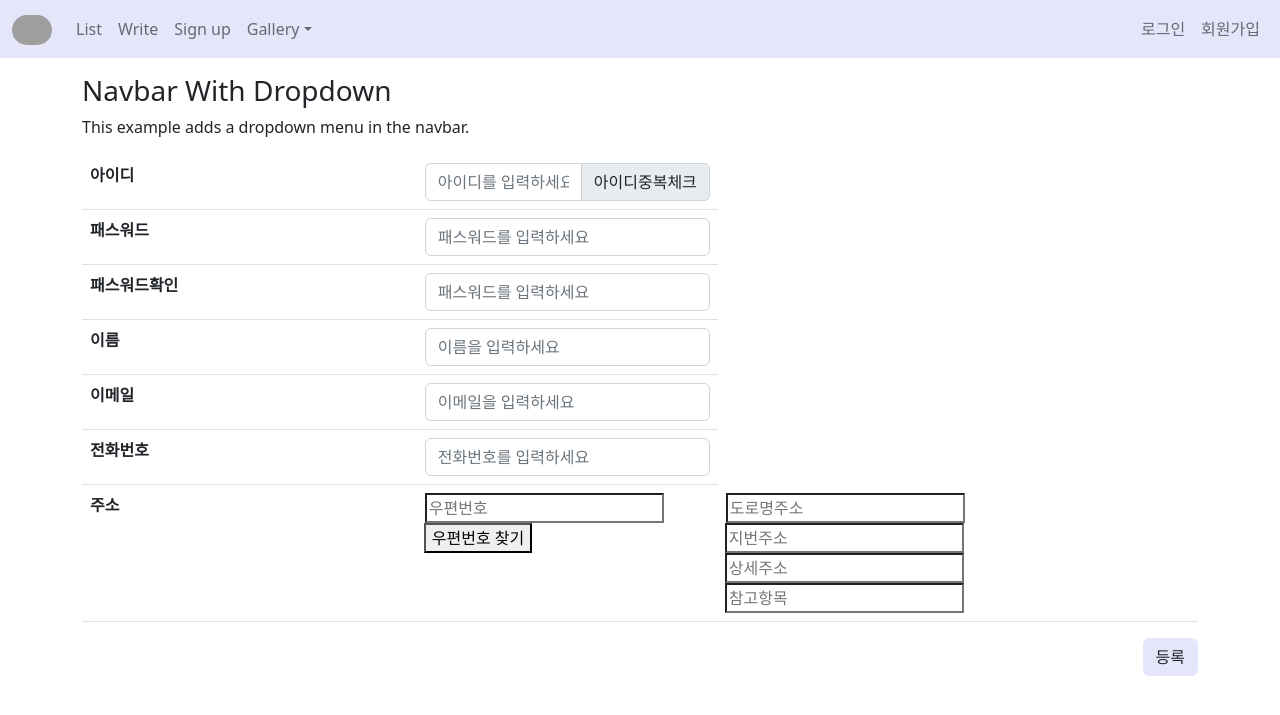
Repository: kwakhimoly/ws_backup
Page: http://localhost/myapp3/WEB-INF/views/member/member_write.jsp
The author's editor kept a copy of each file at every save. The page is drawn from the files as they stood at one save, then again after the next save.
The browser window is 1280 px wide. The pictures show the whole page.
Pictures or frames that could not be fetched are drawn as grey boxes. The page is served by Tomcat 9. Nobody is signed in. The template is opened directly, without the code that normally fills it, so the values that code supplies are empty.

Above is the page before, as saved 2023-02-13 06:20:13.

After the next save:
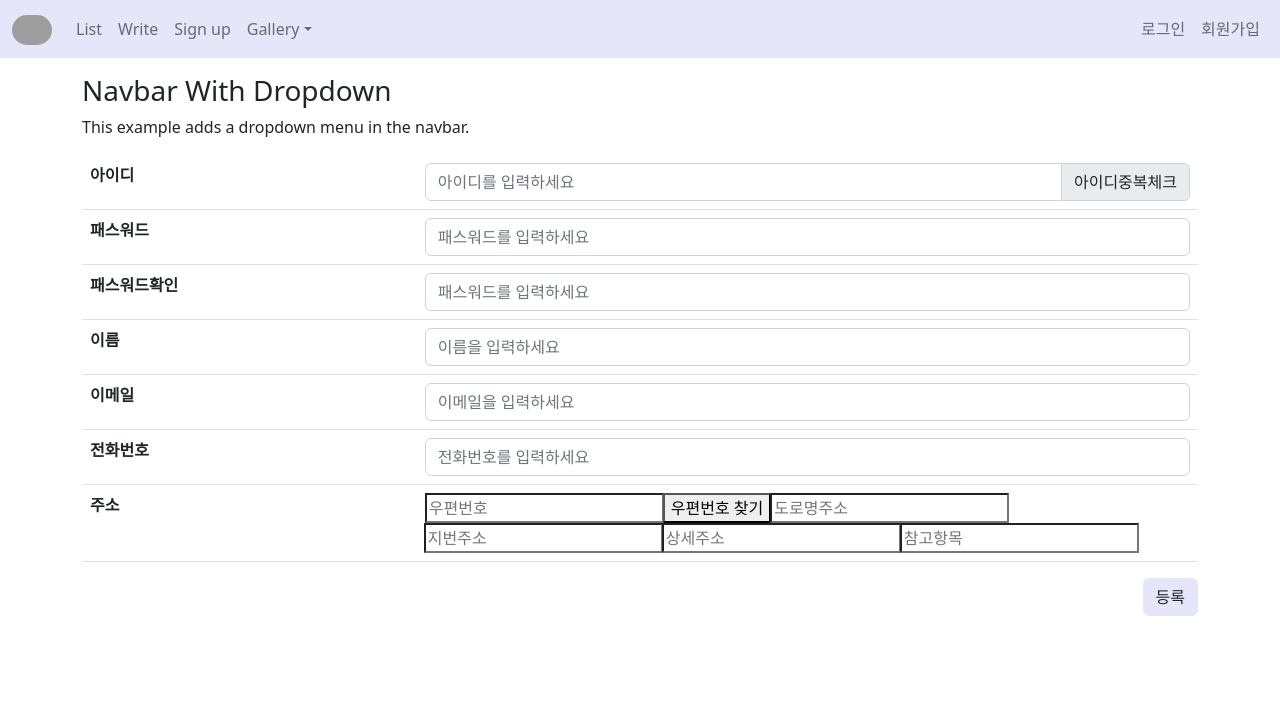
Saved 16 s later.
--- a/spws/myapp3/src/main/webapp/WEB-INF/views/member/member_write.jsp
+++ b/spws/myapp3/src/main/webapp/WEB-INF/views/member/member_write.jsp
@@ -93,10 +93,6 @@
 					<div class="input-group">
 						<input type="text" id="sample4_postcode" placeholder="우편번호">
 						<input type="button" onclick="sample4_execDaumPostcode()" value="우편번호 찾기"><br>
-					</div>
-						</td>
-						<td>
-					<div class="input-group">
 						<input type="text" id="sample4_roadAddress" placeholder="도로명주소">
 						<input type="text" id="sample4_jibunAddress" placeholder="지번주소">
 						<span id="guide" style="color:#999;display:none"></span>
